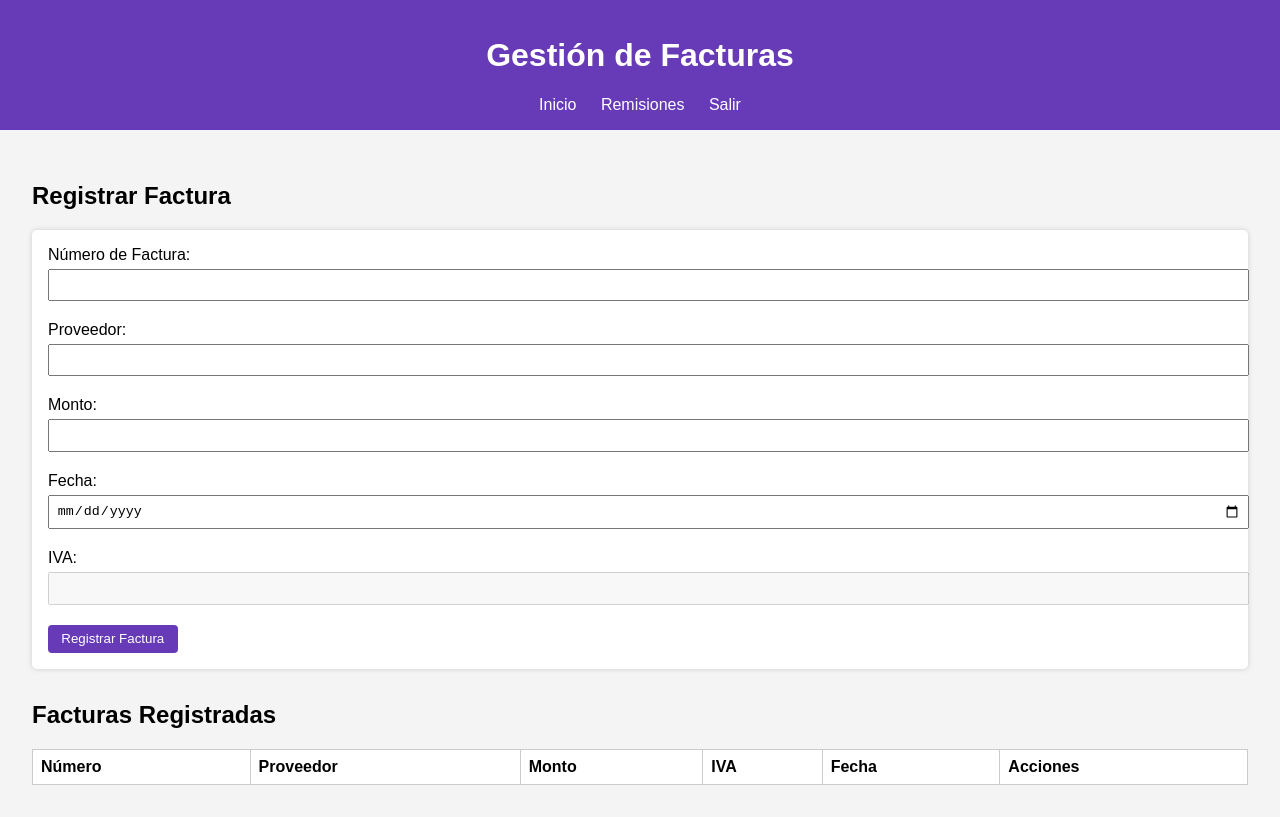
Repository: djkeviin/Mi-primera-chamba
Page: views/facturas.html
An editor plug-in stored every save of this project. The page is shown before and after the next save, followed by the edit.
The browser window is 1280 px wide. The pictures show the whole page.

Above is the page before, as saved 2025-05-01 03:00:02.

### views/facturas.html
<!DOCTYPE html>
<html lang="es">
<head>
  <meta charset="UTF-8">
  <title>Gestión de Facturas</title>
  <link rel="stylesheet" href="../css/facturas.css">
</head>
<body>
  <header>
    <h1>Gestión de Facturas</h1>
    <nav>
      <a href="dashboard.html">Inicio</a>
      <a href="remisiones.html">Remisiones</a>
      <a href="../index.html">Salir</a>
    </nav>
  </header>

  <main>
    <section class="formulario">
      <h2>Registrar Factura</h2>
      <form id="formFactura">
        <label>Número de Factura:
          <input type="text" name="numeroFactura" required>
        </label>
        <label>Proveedor:
          <input type="text" name="proveedor" required>
        </label>
        <label>Monto:
          <input type="number" name="monto" required>
        </label>
        <label>Fecha:
          <input type="date" name="fecha" required>
        </label>
        <label>IVA:
          <input type="number" name="iva" disabled>
        </label>
        <button type="submit">Registrar Factura</button>
      </form>
    </section>

    <section class="lista">
      <h2>Facturas Registradas</h2>
      <table>
        <thead>
          <tr>
            <th>Número</th>
            <th>Proveedor</th>
            <th>Monto</th>
            <th>IVA</th>
            <th>Fecha</th>
            <th>Acciones</th>
          </tr>
        </thead>
        <tbody id="tablaFacturas">
          <!-- Datos dinámicos -->
        </tbody>
      </table>
    </section>
  </main>

  <script src="../js/facturas.js"></script>
</body>
</html>

### css/facturas.css
body {
    font-family: Arial, sans-serif;
    margin: 0;
    padding: 0;
    background: #f4f4f4;
  }

  header {
    background: #673ab7;
    color: white;
    padding: 1em;
    text-align: center;
  }

  nav a {
    color: white;
    margin: 0 10px;
    text-decoration: none;
  }

  main {
    padding: 2em;
  }

  form {
    background: white;
    padding: 1em;
    border-radius: 5px;
    box-shadow: 0 0 5px #ccc;
    margin-bottom: 2em;
  }

  label {
    display: block;
    margin-bottom: 10px;
  }

  input[type="text"],
  input[type="number"],
  input[type="date"] {
    width: 100%;
    padding: 0.5em;
    margin-top: 5px;
    margin-bottom: 10px;
  }

  button {
    background-color: #673ab7;
    color: white;
    padding: 0.5em 1em;
    border: none;
    cursor: pointer;
    border-radius: 4px;
  }

  button:hover {
    background-color: #512da8;
  }

  table {
    width: 100%;
    border-collapse: collapse;
    background-color: white;
  }

  th, td {
    border: 1px solid #ccc;
    padding: 0.5em;
    text-align: left;
  }

  .lista {
    margin-top: 2em;
  }

### js/facturas.js
document.getElementById("formFactura").addEventListener("submit", function(e) {
    e.preventDefault();

    const numeroFactura = this.numeroFactura.value;
    const proveedor = this.proveedor.value;
    const monto = parseFloat(this.monto.value);
    const fecha = this.fecha.value;
    const iva = (monto * 0.19).toFixed(2);

    const tabla = document.getElementById("tablaFacturas");
    const fila = document.createElement("tr");

    fila.innerHTML = `
      <td>${numeroFactura}</td>
      <td>${proveedor}</td>
      <td>$${monto.toFixed(2)}</td>
      <td>$${iva}</td>
      <td>${fecha}</td>
      <td><button onclick="eliminarFila(this)">Eliminar</button></td>
    `;

    tabla.appendChild(fila);
    this.reset();
  });

  function eliminarFila(btn) {
    const fila = btn.parentNode.parentNode;
    fila.remove();
  }

After the next save:
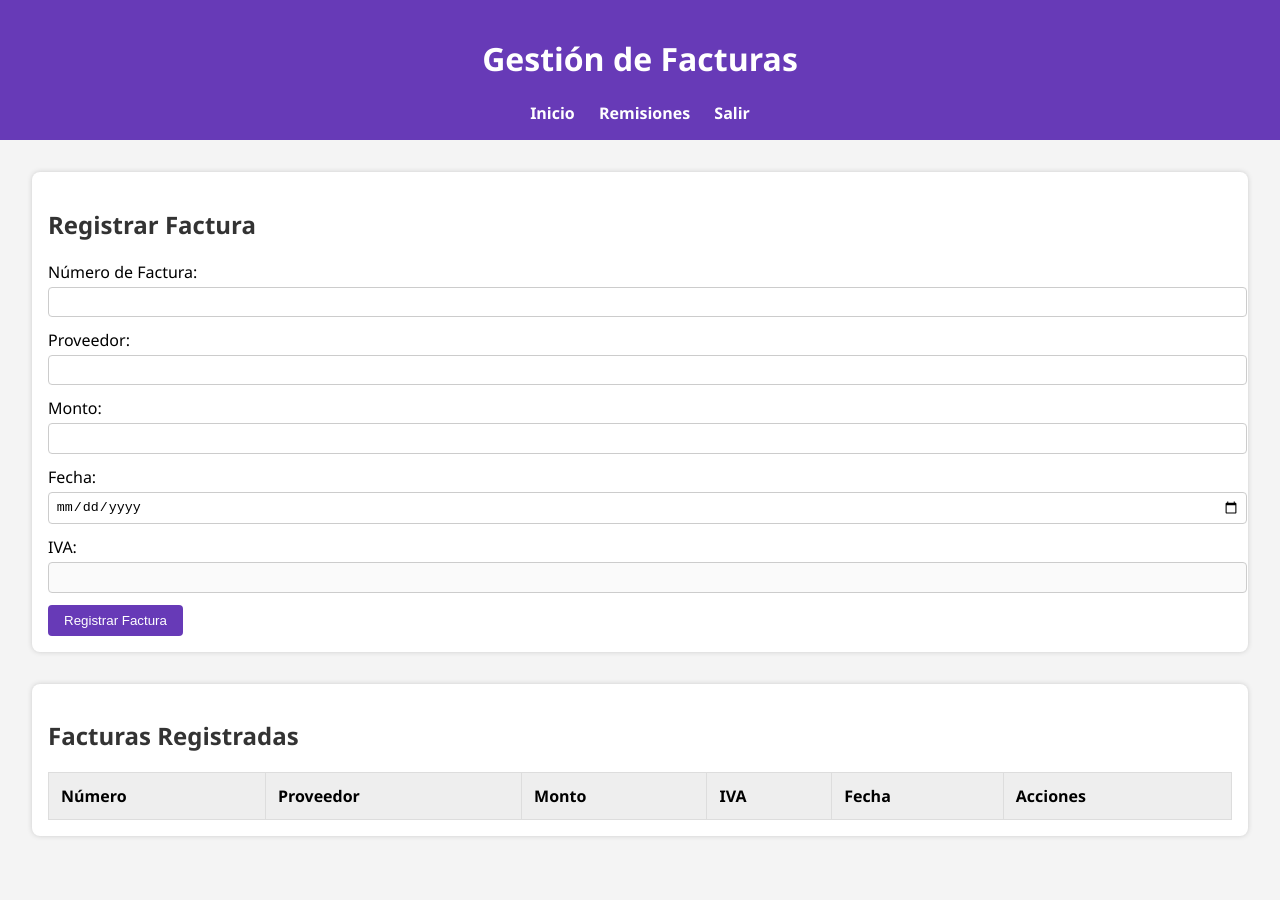
Saved 17 h 0 min later.
--- a/css/facturas.css
+++ b/css/facturas.css
@@ -1,38 +1,47 @@
 body {
-    font-family: Arial, sans-serif;
+    font-family: 'Segoe UI', sans-serif;
     margin: 0;
     padding: 0;
-    background: #f4f4f4;
+    background-color: #f4f4f4;
   }
 
   header {
-    background: #673ab7;
+    background-color: #673ab7;
     color: white;
     padding: 1em;
     text-align: center;
   }
 
+  nav {
+    margin-top: 0.5em;
+  }
+
   nav a {
     color: white;
+    text-decoration: none;
     margin: 0 10px;
-    text-decoration: none;
+    font-weight: bold;
   }
 
   main {
     padding: 2em;
   }
 
-  form {
-    background: white;
+  .formulario, .lista {
+    background-color: white;
     padding: 1em;
-    border-radius: 5px;
+    margin-bottom: 2em;
+    border-radius: 8px;
     box-shadow: 0 0 5px #ccc;
-    margin-bottom: 2em;
   }
 
-  label {
+  h2 {
+    color: #333;
+  }
+
+  form label {
     display: block;
-    margin-bottom: 10px;
+    margin-bottom: 12px;
   }
 
   input[type="text"],
@@ -40,35 +49,36 @@ body {
   input[type="date"] {
     width: 100%;
     padding: 0.5em;
-    margin-top: 5px;
-    margin-bottom: 10px;
+    margin-top: 4px;
+    border: 1px solid #ccc;
+    border-radius: 4px;
   }
 
   button {
     background-color: #673ab7;
     color: white;
-    padding: 0.5em 1em;
     border: none;
+    padding: 0.6em 1.2em;
+    border-radius: 4px;
     cursor: pointer;
-    border-radius: 4px;
   }
 
   button:hover {
-    background-color: #512da8;
+    background-color: #5e35b1;
   }
 
   table {
     width: 100%;
     border-collapse: collapse;
-    background-color: white;
+    margin-top: 1em;
   }
 
   th, td {
-    border: 1px solid #ccc;
-    padding: 0.5em;
+    padding: 0.75em;
+    border: 1px solid #ddd;
     text-align: left;
   }
 
-  .lista {
-    margin-top: 2em;
+  th {
+    background-color: #eee;
   }
